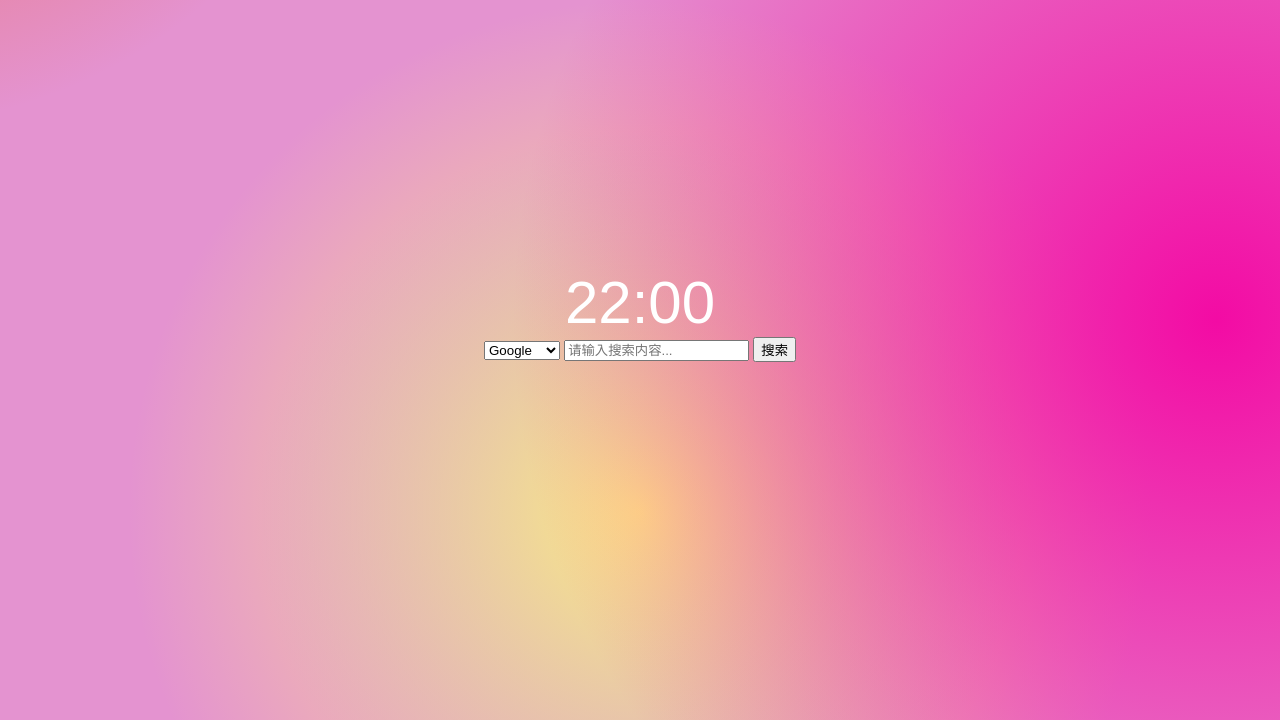
Repository: RADEKWRLD/NaviR
Page: index.html
The author's editor kept a copy of each file at every save. The page is drawn from the files as they stood at one save, then again after the next save.
The browser window is 1280 px wide. The pictures show the whole page.

Above is the page before, as saved 2025-05-23 22:16:04.

### index.html
<!DOCTYPE html>
<html lang="en">
<head>
    <meta charset="UTF-8">
    <meta name="viewport" content="width=device-width, initial-scale=1.0">
    <title>Document</title>
    <link rel="stylesheet" href="style.css">
</head>
<body>
    <div id="main">
        <div id="clock"><span>00:00</span></div>

        <div class="search-container">
            <form id="search-form">
                <select id="search-engine" class="search-engine">
                </select>
                <input type="text" id="search-input" placeholder="请输入搜索内容...">
                <button type="submit">搜索</button>
            </form>
        </div>
    </div>




    <script src="main/script.js"></script>
</body>
</html>

### style.css

:root {
    font-size: 15px;
}

body {
    font-family: 'Quicksand', sans-serif;
    margin: 0;
    min-height: 100vh;
    background-color: #e493d0;
    background-image:
        radial-gradient(closest-side, rgba(235, 105, 78, 1), rgba(235, 105, 78, 0)),
        radial-gradient(closest-side, rgba(243, 11, 164, 1), rgba(243, 11, 164, 0)),
        radial-gradient(closest-side, rgba(254, 234, 131, 1), rgba(254, 234, 131, 0)),
        radial-gradient(closest-side, rgba(170, 142, 245, 1), rgba(170, 142, 245, 0)),
        radial-gradient(closest-side, rgba(248, 192, 147, 1), rgba(248, 192, 147, 0));
    background-size:
        130vmax 130vmax,
        80vmax 80vmax,
        90vmax 90vmax,
        110vmax 110vmax,
        90vmax 90vmax;
    background-position:
        -80vmax -80vmax,
        60vmax -30vmax,
        10vmax 10vmax,
        -30vmax -10vmax,
        50vmax 50vmax;
    background-repeat: no-repeat;
    animation: 10s movement linear infinite;
}

@keyframes movement {
    0%, 100% {
        background-size:
            130vmax 130vmax,
            80vmax 80vmax,
            90vmax 90vmax,
            110vmax 110vmax,
            90vmax 90vmax;
        background-position:
            -80vmax -80vmax,
            60vmax -30vmax,
            10vmax 10vmax,
            -30vmax -10vmax,
            50vmax 50vmax;
    }
    25% {
        background-size:
            100vmax 100vmax,
            90vmax 90vmax,
            100vmax 100vmax,
            90vmax 90vmax,
            60vmax 60vmax;
        background-position:
            -60vmax -90vmax,
            50vmax -40vmax,
            0vmax -20vmax,
            -40vmax -20vmax,
            40vmax 60vmax;
    }
    50% {
        background-size:
            80vmax 80vmax,
            110vmax 110vmax,
            80vmax 80vmax,
            60vmax 60vmax,
            80vmax 80vmax;
        background-position:
            -50vmax -70vmax,
            40vmax -30vmax,
            10vmax 0vmax,
            20vmax 10vmax,
            30vmax 70vmax;
    }
    75% {
        background-size:
            90vmax 90vmax,
            90vmax 90vmax,
            100vmax 100vmax,
            90vmax 90vmax,
            70vmax 70vmax;
        background-position:
            -50vmax -40vmax,
            50vmax -30vmax,
            20vmax 0vmax,
            -10vmax 10vmax,
            40vmax 60vmax;
    }
}

#main{
    transition: all 0.3s ease;
    transform: translateY(-3rem);
    display: flex;
    flex-direction: column;
    align-items: center;
    justify-content: center;
    height: 100vh;
}

#clock{
    font-size: 4rem;
    color: #fff;
}

### main/script.js
//更新时间
function updateTime() {
    const now = new Date();
    const hours = String(now.getHours()).padStart(2, '0');
    const minutes = String(now.getMinutes()).padStart(2, '0');
    const timeString = `${hours}:${minutes}`;
    document.getElementById('clock').textContent = timeString;
}

// 搜索引擎配置
const searchEngines = {
    google: {
        name: 'Google',
        url: 'https://www.google.com/search?q='
    },
    bing: {
        name: 'Bing',
        url: 'https://www.bing.com/search?q='
    },
    baidu: {
        name: '百度',
        url: 'https://www.baidu.com/s?wd='
    },
    bingcn: {
        name: '必应中国',
        url: 'https://cn.bing.com/search?q='
    },
    github: {
        name: 'GitHub',
        url: 'https://github.com/search?q='
    },
    zhihu: {
        name: '知乎',
        url: 'https://www.zhihu.com/search?q='
    }
};

// 初始化搜索功能
function initSearch() {
    const searchForm = document.getElementById('search-form');
    const searchInput = document.getElementById('search-input');
    const searchEngine = document.getElementById('search-engine');

    // 动态添加搜索引擎选项
    for (const [key, engine] of Object.entries(searchEngines)) {
        const option = document.createElement('option');
        option.value = key;
        option.textContent = engine.name;
        searchEngine.appendChild(option);
    }

    searchForm.addEventListener('submit', function(e) {
        e.preventDefault();
        const searchTerm = searchInput.value.trim();
        if (searchTerm) {
            const engine = searchEngine.value;
            const searchUrl = searchEngines[engine].url + encodeURIComponent(searchTerm);
            window.location.href = searchUrl;
        }
    });
}





function init() {
    updateTime();
    setInterval(updateTime, 1000);
    // 搜索框事件监听
    initSearch();
}
init();

After the next save:
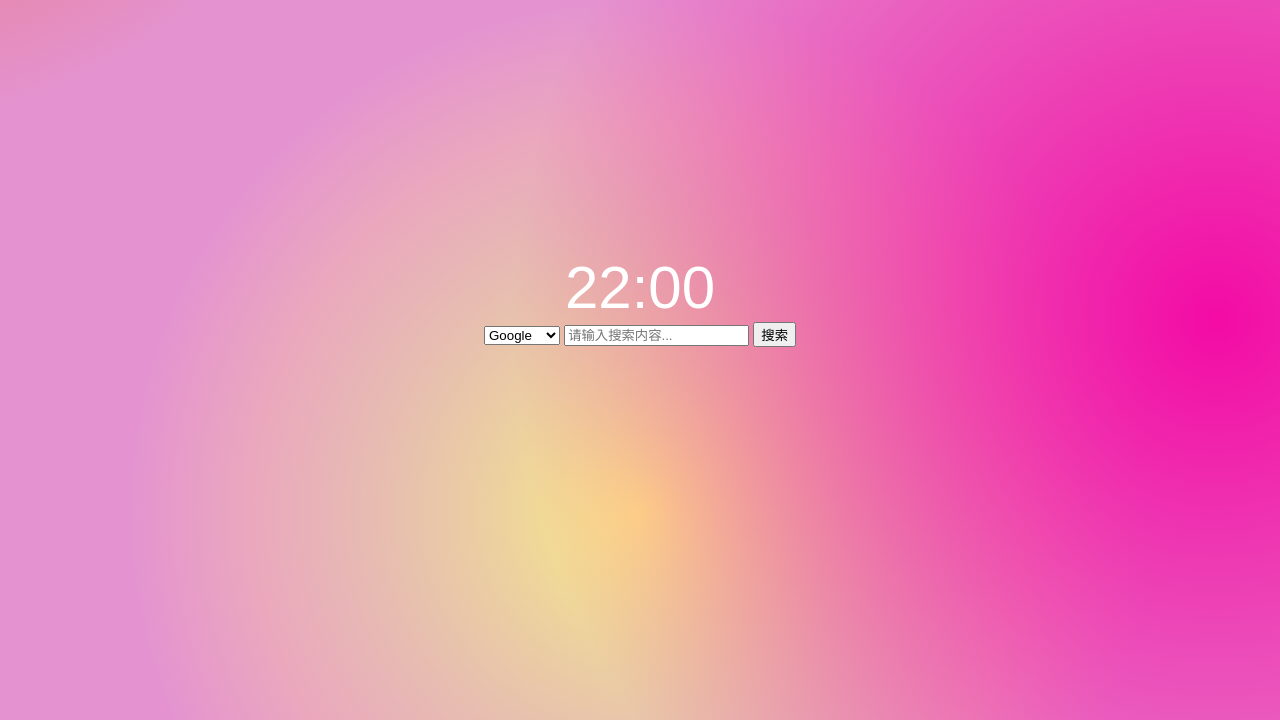
Saved 5 s later.
--- a/style.css
+++ b/style.css
@@ -91,7 +91,7 @@ body {
 
 #main{
     transition: all 0.3s ease;
-    transform: translateY(-3rem);
+    transform: translateY(-4rem);
     display: flex;
     flex-direction: column;
     align-items: center;
